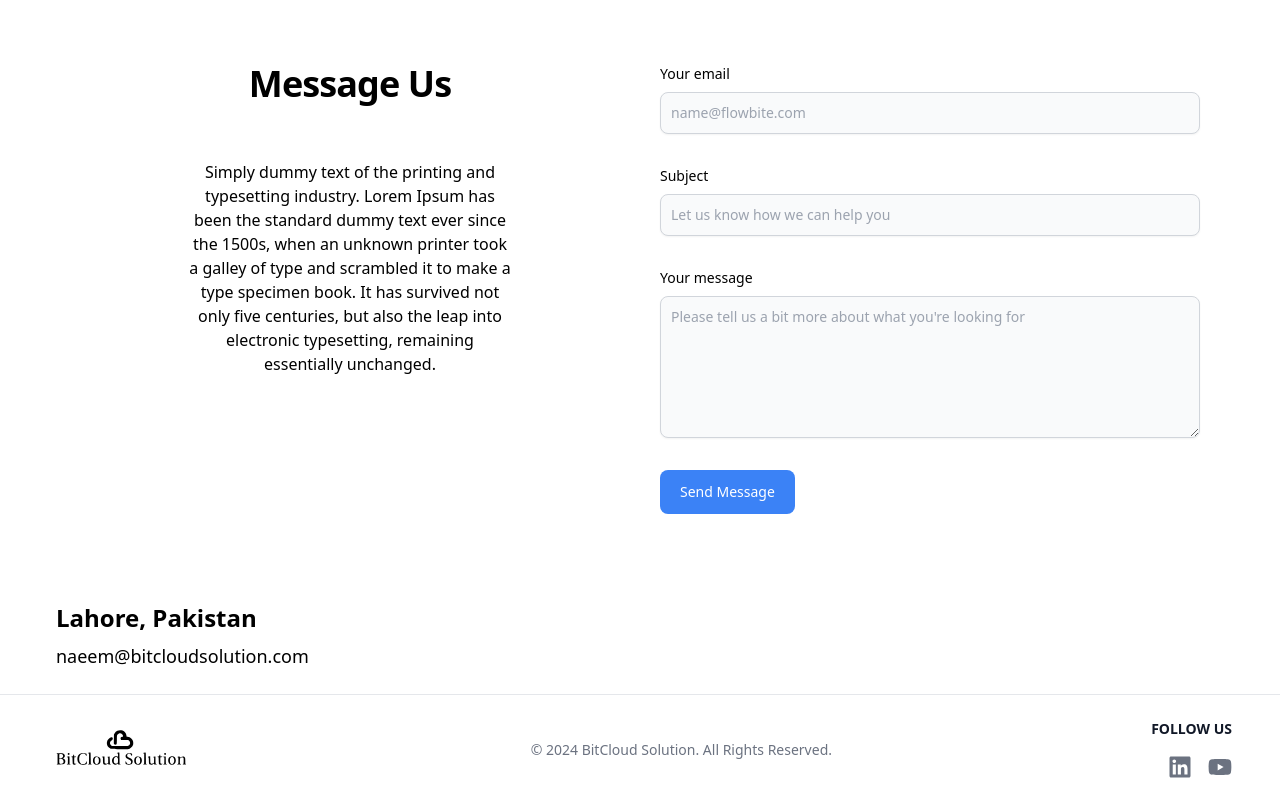
Repository: huzaifaBitCloud/BitCloud-website
Page: /contact
The author's editor kept a copy of each file at every save. The page is drawn from the files as they stood at one save, then again after the next save.
The browser window is 1280 px wide. The pictures show the part of the page from y = 720 to 1549 px (the page is 1523 px tall before and 1549 px after).
The project was rebuilt for these pictures with package versions that can differ from the ones it lists, and the page was loaded fresh each time. The framework's server and built-in components were replaced by stand-ins that run in the browser. Also part of the build but not shown: next.config.mjs.

Above is the page before, as saved 2025-01-27 13:39:18.

### src/app/layout.tsx
import type { Metadata } from "next";
import localFont from "next/font/local";
import "./globals.css";

const geistSans = localFont({
  src: "./fonts/GeistVF.woff",
  variable: "--font-geist-sans",
  weight: "100 900",
});
const geistMono = localFont({
  src: "./fonts/GeistMonoVF.woff",
  variable: "--font-geist-mono",
  weight: "100 900",
});

export const metadata: Metadata = {
  title: "BitCloud Solution",
  description: "Generated by create next app",
};

export default function RootLayout({
  children,
}: Readonly<{
  children: React.ReactNode;
}>) {
  return (
    <html lang="en">
      <body
        className={`${geistSans.variable} ${geistMono.variable} antialiased`}
      >
        {children}
      </body>
    </html>
  );
}

### src/app/contact/page.tsx
import Layout from "@/components/Layout";
import Contact from "@/components/Contact";

const ContactPage = () => {
  return (
    <Layout>
      <Contact />
    </Layout>
  );
};

export default ContactPage;

### src/app/globals.css
@tailwind base;
@tailwind components;
@tailwind utilities;

.custom-cards-ourClient {
  box-shadow: 0px -10px 10px 2px rgba(221, 223, 226, 1);
  border-radius: 15px;
  background: linear-gradient(180deg, #e9f2e4 0%, #f5f7fa 90%);
}
.custom-card-2-achievements {
  box-shadow: 0px -10px 10px 2px rgba(221, 223, 226, 1);
  border-radius: 15px;
  background: linear-gradient(180deg, #f4d9d0 0%, #f5f7fa 90%);
}
.custom-card-3-achievements {
  box-shadow: 0px -10px 10px 2px rgba(221, 223, 226, 1);
  border-radius: 15px;
  background: linear-gradient(180deg, #e7ebf0, #f5f7fa 90%);
}

:root {
  /* --color-primary: #e9f2e4;
    --color-secondary: #f5f7fa;
*/
  --h-100vh: 100vh;
}
html {
  scroll-behavior: smooth;
}

/* ABout CSS */

.btn-about {
  display: inline-block;
  margin: 0 0.625rem;
  padding: 0.3125rem 1.25rem;
  border-radius: 1.25rem;
  background: transparent;
  border: solid 0.0625rem #fff;
  position: relative;
  z-index: 9;
}
.main-hero-about {
  clip-path: polygon(
    50% 0%,
    100% 0,
    100% 35%,
    100% 86%,
    49% 100%,
    0 85%,
    0% 35%,
    0 0
  );
}

/* Services */

.zoomIn {
  -webkit-animation-name: zoomIn;
  animation-name: zoomIn;
  -webkit-animation-duration: 1s;
  animation-duration: 1s;
  -webkit-animation-fill-mode: both;
  animation-fill-mode: both;
}
@-webkit-keyframes zoomIn {
  0% {
    opacity: 0;
    -webkit-transform: scale3d(0.3, 0.3, 0.3);
    transform: scale3d(0.3, 0.3, 0.3);
  }
  50% {
    opacity: 1;
  }
}
@keyframes zoomIn {
  0% {
    opacity: 0;
    -webkit-transform: scale3d(0.3, 0.3, 0.3);
    transform: scale3d(0.3, 0.3, 0.3);
  }
  50% {
    opacity: 1;
  }
}

.card-services {
  border-top: 10px solid transparent;
  transition: border-top-color 0.4s, box-shadow 0.4s;
}

.card-services:hover {
  border-top-color: #2563eb;
  box-shadow: 0px 0px 5px rgba(0, 0, 0, 0.75);
}

@media only screen and (max-width: 760px) {
  .main-hero-about {
    clip-path: polygon(
      50% 0%,
      100% 0,
      100% 35%,
      100% 92%,
      49% 100%,
      0 92%,
      0% 35%,
      0 0
    );
  }
  .main-hero-about {
    height: var(--h-100vh) !important;
  }
  .sub-hero-about {
    text-align: center !important;
    margin: 0 auto !important;
  }
  .mob-btn-about {
    justify-content: center;
  }
  .mob-nav-style {
    position: absolute;
    top: 76%;
    left: 0;
  }
}
.heading {
  font-family: "Poppins", sans-serif;
  font-style: normal;
  font-weight: 600;
  color: rgb(245, 95, 141);
  font-size: 27px;
  line-height: 26px;
  text-align: center;
  padding-top: 2%;
}
.context {
  font-family: "Poppins", sans-serif;
  font-style: normal;
  font-weight: normal;
  color: rgb(38, 38, 38);
  font-size: 20px;
  line-height: 72px;
  text-align: center;
}

.card-container {
  display: flex;
  justify-content: center;
  gap: 20px;
  flex-wrap: wrap;
  width: 100%;
  padding-left: 20px;
  padding-right: 20px;
  margin-top: 3%;
}

.card {
  background-color: #ffffff;
  height: 26rem;
  width: 364px;
  box-shadow: rgba(0, 0, 0, 0.24) 0px 3px 8px;
  padding: 20px;
  border-radius: 10px;
  cursor: pointer;
  transition: transform 0.5s, box-shadow 0.5s;
  flex-grow: 0;
  flex-shrink: 0;
  text-align: center;
}

.card:hover {
  transform: translateY(-10px);
  box-shadow: rgba(0, 0, 0, 0.24) 0px 3px 8px;
}

.card-image-section {
  height: 60%;
  margin-top: 21px;
  margin-bottom: -20px;
}

.card-image {
  width: 100%;
  height: 75%;
  object-fit: contain;
}

.card-text-section {
  height: 20%;
  margin-bottom: 32px;
  text-align: center;
}

.card-title {
  font-family: "Poppins", sans-serif;
  font-size: 20px;
  font-weight: 600;
  color: #262626;
  margin-bottom: 10px;
}

.card-description {
  font-family: "Poppins", sans-serif;
  font-size: 14px;
  color: #555;
  line-height: 1.5;
}

.card-button-section {
  height: 20%;
}

.learn-more-button {
  font-family: "Poppins", sans-serif;

  color: rgb(245, 95, 141);
  border: none;
  padding: 10px 20px;
  border-radius: 5px;
  font-size: 14px;
  font-weight: 600;
  cursor: pointer;
  transition: background-color 0.3s;
}

### src/components/Layout.tsx
import React from "react";
import { ReactNode } from "react";

import { Navbar } from "./Navbar";
import Footer from "./Footer";

interface LayoutProps {
  children: ReactNode;
}

const Layout = ({children}: LayoutProps) => {
  return (
    <div>
      <Navbar />
      <div className="">{children}</div>
      <Footer />
    </div>
  );
};

export default Layout;

### src/components/Contact.tsx
"use client";
import React, { useState } from "react";
import { MdEmail } from "react-icons/md";
import { IoLogoWhatsapp } from "react-icons/io";
import { FaLinkedin } from "react-icons/fa6";
import emailjs from "emailjs-com";
const Contact = () => {
  const [email, setEmail] = useState("");
  const [subject, setSubject] = useState("");
  const [message, setMessage] = useState("");
  const [loading, setLoading] = useState(false);

  const handleSubmit = async (e: React.FormEvent) => {
    e.preventDefault();
    setLoading(true);

    const templateParams = {
      from_name: email,
      to_name: "Naeem Amjad",
      subject,
      message,
    };

    try {
      await emailjs.send(
        "service_h8co5gg",
        "template_hwt3j6o",
        templateParams,
        "3-7czTUd-XSt6ifVk"
      );

      setEmail("");
      setSubject("");
      setMessage("");
    } catch (error) {
      console.error("Failed to send email:", error);
    } finally {
      setLoading(false);
    }
  };
  const cards = [
    {
      id: 1,
      title: "Whatsapp",
      description:
        "Ready to team up? Excited to explore opportunities together.",
      icon: <IoLogoWhatsapp className="w-14 h-14 text-white" />,
      // bgGradient: "",
      link: "https://wa.me/03217025010",
      // className: "custom-cards-ourClient",
    },
    {
      id: 2,
      title: "Email",
      description: "Have a project in mind? Reach out to us and let's discuss.",
      icon: <MdEmail className="w-14 h-14 text-white" />,
      // bgGradient: "from-red-50 to-red-100",
      link: "mailto:rehancricket33@gmail.com",
      // className: "custom-card-2-achievements",
    },
    {
      id: 3,
      title: "Linkedin",
      description: "Let's connect and explore exciting opportunities together.",
      icon: <FaLinkedin className="w-14 h-14 text-white" />,
      // bgGradient: "from-gray-50 to-gray-100",
      link: "https://www.linkedin.com/company/bitcloud-solution-software/",
      className: "custom-card-3-achievements",
    },
  ];

  return (
    <div className="">
      <div
        className="relative bg-cover bg-center bg-no-repeat"
        style={{
          backgroundImage: `url(https://static.zohocdn.com/sites/stock-images/images/zpstock-image-37.jpg)`,
        }}
      >
        {/* Overlay */}
        <div className="absolute inset-0 bg-black bg-opacity-70"></div>

        {/* Content */}
        <div className="relative z-10 flex justify-center max-w-screen-xl px-4 mx-auto lg:gap-8 xl:gap-0 lg:py-28 lg:grid-cols-12">
          <div className="w-[70%] mx-auto place-self-center flex flex-col items-center justify-center text-center px-auto">
            <h1 className="mb-4 text-4xl font-extrabold tracking-tight leading-none md:text-5xl xl:text-6xl text-white">
              Get In Touch
            </h1>
          </div>
        </div>

        <div className="grid grid-cols-1 md:grid-cols-3 gap-8 px-10 pb-20">
          {cards.map((card) => (
            <a
              key={card.id}
              href={card.link}
              target="_blank"
              rel="noopener noreferrer"
              className={`group`}
            >
              <div
                className={`bg-gradient-to-r  p-10 rounded-2xl  text-center transform transition duration-500 group-hover:scale-105 `}
                style={{
                  width: "100%",
                  maxWidth: "400px",
                  margin: "0 auto",
                }}
              >
                <div className="flex justify-center items-center mb-6">
                  {card.icon}
                </div>
                <h3 className="text-2xl font-bold text-white">{card.title}</h3>
                <p className="text-white mt-4 text-base leading-relaxed">
                  {card.description}
                </p>
              </div>
            </a>
          ))}
        </div>
      </div>
      {/* contact us */}
      <section className="bg-white">
        <div className="py-8 lg:py-16 px-4 mx-auto w-[90%] grid md:grid-cols-2 gap-10">
          <div className="flex flex-col items-center">
            <h2 className="mb-4 text-4xl tracking-tight font-extrabold text-center text-black">
              Message Us
            </h2>
            <p className="mb-8 lg:mb-12 font-light text-center text-black w-[60%] mt-10">
              Simply dummy text of the printing and typesetting industry. Lorem
              Ipsum has been the standard dummy text ever since the 1500s, when
              an unknown printer took a galley of type and scrambled it to make
              a type specimen book. It has survived not only five centuries, but
              also the leap into electronic typesetting, remaining essentially
              unchanged.
            </p>
          </div>

          <form onSubmit={handleSubmit} className="space-y-8">
            <div>
              <label
                htmlFor="email"
                className="block mb-2 text-sm font-medium text-black"
              >
                Your email
              </label>
              <input
                type="email"
                id="email"
                className="shadow-sm bg-gray-50 border border-gray-300 text-gray-900 text-sm rounded-lg focus:ring-primary-500 focus:border-primary-500 block w-full p-2.5"
                placeholder="name@flowbite.com"
                required
                value={email}
                onChange={(e) => setEmail(e.target.value)}
              />
            </div>
            <div>
              <label
                htmlFor="subject"
                className="block mb-2 text-sm font-medium text-black"
              >
                Subject
              </label>
              <input
                type="text"
                id="subject"
                className="shadow-sm bg-gray-50 border border-gray-300 text-gray-900 text-sm rounded-lg focus:ring-primary-500 focus:border-primary-500 block w-full p-2.5"
                placeholder="Let us know how we can help you"
                required
                value={subject}
                onChange={(e) => setSubject(e.target.value)}
              />
            </div>
            <div className="sm:col-span-2">
              <label
                htmlFor="message"
                className="block mb-2 text-sm font-medium text-black"
              >
                Your message
              </label>
              <textarea
                id="message"
                rows={6}
                className="shadow-sm bg-gray-50 border border-gray-300 text-gray-900 text-sm rounded-lg focus:ring-primary-500 focus:border-primary-500 block w-full p-2.5"
                placeholder="Please tell us a bit more about what you're looking for"
                value={message}
                onChange={(e) => setMessage(e.target.value)}
              ></textarea>
            </div>

            <button
              type="submit"
              className="py-3 px-5 text-sm font-medium text-white bg-blue-500 rounded-lg hover:bg-blue-600 focus:ring-4 focus:outline-none focus:ring-blue-300"
              disabled={loading}
            >
              {loading ? "Sending..." : "Send Message"}
            </button>
          </form>
        </div>

        <div className="py-6 px-4 sm:px-6 md:px-10 lg:pl-14 text-left">
          <h1 className="font-bold text-lg sm:text-xl md:text-2xl mb-2">
            Lahore, Pakistan
          </h1>
          <p className="text-sm sm:text-base md:text-lg">
            naeem@bitcloudsolution.com
          </p>
        </div>

        {/* <div className="py-6 justify-start pl-14">
          <h1 className="font-bold text-xl flex ">
            Lahore, Pakistan
          </h1>
          <p className="flex ">naeem@bitcloudsolution.com</p>
        </div> */}
      </section>
    </div>
  );
};

export default Contact;

### src/components/Footer.tsx
import Link from "next/link";
import { FaLinkedin, FaYoutube } from "react-icons/fa";

const Footer = () => {
  const currentYear = new Date().getFullYear(); // Get the current year dynamically

  return (
    <footer className="bg-white dark:bg-gray-900 border-t w-full">
      <div className="container mx-auto px-6 py-6">
        <div className="flex flex-col items-center md:flex-row md:justify-between">
          {/* Logo Section */}
          <div className="flex items-center mb-4 md:mb-0 md:ml-6">
            <Link href='/'>
            <img
              src="/images/logo.svg"
              alt="BitCloud Logo"
              className="h-14 mr-3"
            />
            </Link>
          </div>

          {/* Rights Section */}
          <div className="text-center mb-4 md:mb-0">
            <span className="text-sm text-gray-500 dark:text-gray-400">
              © {currentYear}{" "}
              <Link
                href="https://bitcloudsolution.com/"
                className="hover:underline"
              >
                BitCloud Solution
              </Link>
              . All Rights Reserved.
            </span>
          </div>

          {/* Follow Us Section */}
          <div className="flex flex-col items-center md:items-end md:mr-6">
            <h2 className="mb-4 text-sm font-semibold text-gray-900 uppercase dark:text-white">
              Follow Us
            </h2>
            <div className="flex space-x-4">
              <Link
                href="https://www.linkedin.com/company/bitcloud-solution-software/"
                aria-label="LinkedIn"
                className="text-gray-500 hover:text-blue-600 dark:hover:text-blue-400"
                target="_blank"
                rel="noopener noreferrer"
              >
                <FaLinkedin className="w-6 h-6" />
              </Link>
              <Link
                href="http://www.youtube.com/@BitCloudSolution"
                aria-label="YouTube"
                className="text-gray-500 hover:text-red-600 dark:hover:text-red-400"
                target="_blank"
                rel="noopener noreferrer"
              >
                <FaYoutube className="w-6 h-6" />
              </Link>
            </div>
          </div>
        </div>
      </div>
    </footer>
  );
};

export default Footer;

Loaded but not shown: tailwind.config.ts (common file); src/components/Navbar.tsx (332 lines, source omitted)

After the next save:
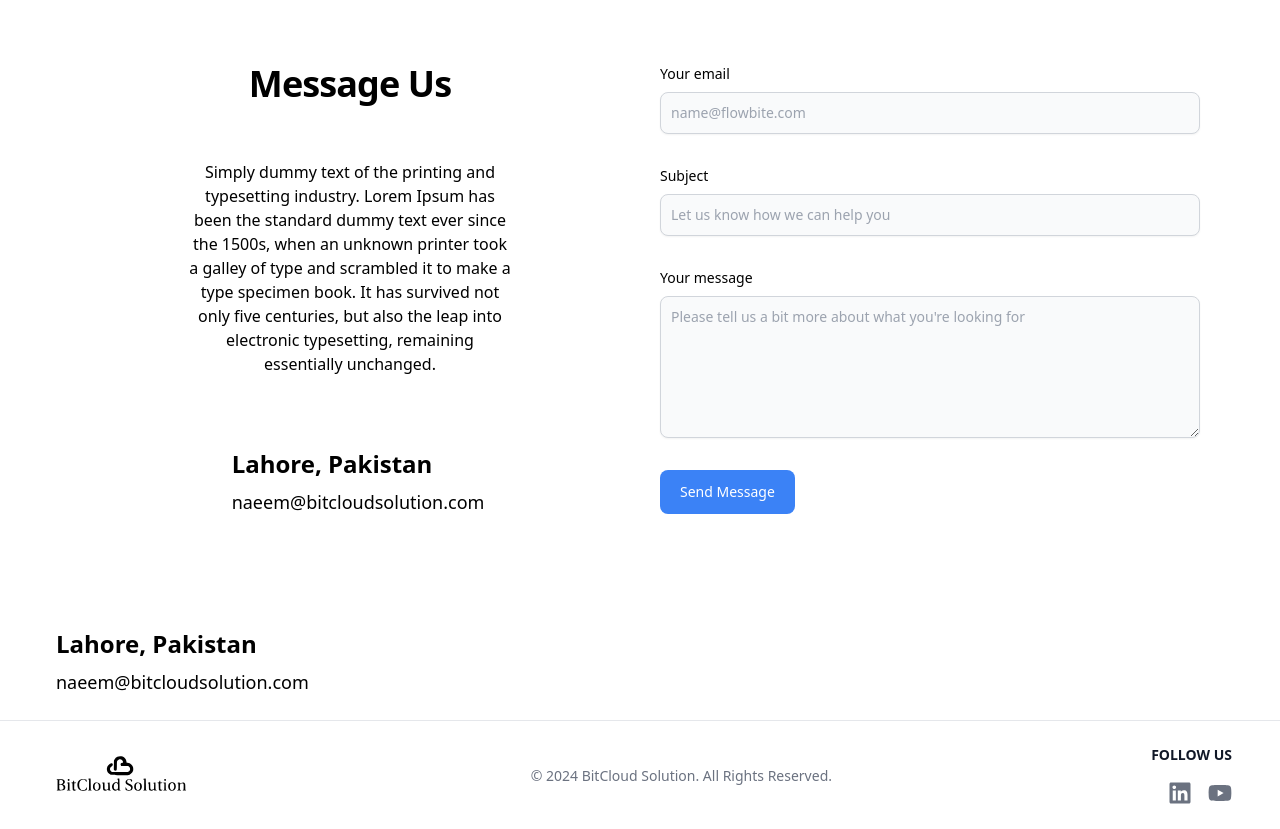
Saved 10 min 25 s later.
--- a/src/components/Contact.tsx
+++ b/src/components/Contact.tsx
@@ -133,6 +133,14 @@
               also the leap into electronic typesetting, remaining essentially
               unchanged.
             </p>
+            <div className="py-6 px-4 sm:px-6 md:px-10 lg:pl-14 text-left">
+          <h1 className="font-bold text-lg sm:text-xl md:text-2xl mb-2">
+            Lahore, Pakistan
+          </h1>
+          <p className="text-sm sm:text-base md:text-lg">
+            naeem@bitcloudsolution.com
+          </p>
+        </div>
           </div>
 
           <form onSubmit={handleSubmit} className="space-y-8">
